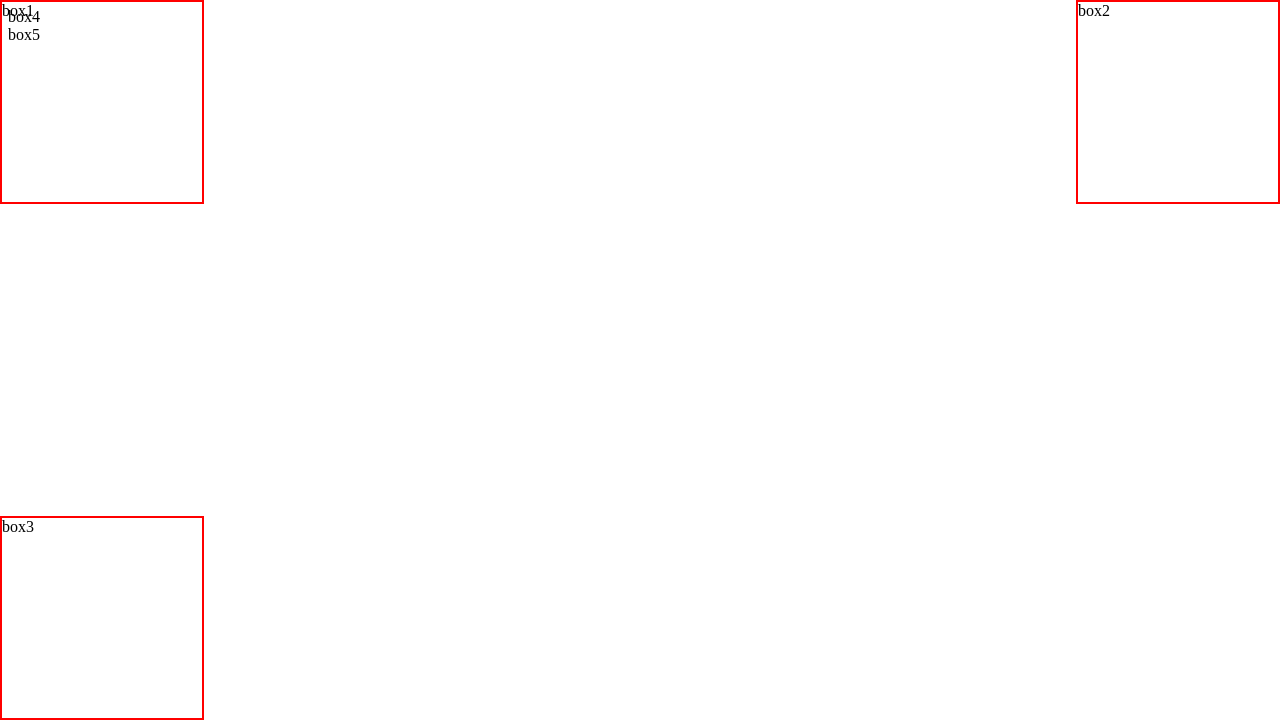
Repository: ABDUSALIMSUBAHIELBASHI/full-html-css-js
Page: Desktop/coding/css/index.html
The author's editor kept a copy of each file at every save. The page is drawn from the files as they stood at one save, then again after the next save.
The browser window is 1280 px wide. The pictures show the whole page.

Above is the page before, as saved 2025-09-16 08:52:54.

### Desktop/coding/css/index.html
<!DOCTYPE html>
<html lang="en">
<head>
    <style>
        .box1{
           width: 200px;
           height:200px ;
           border: 2px solid red;
           position: absolute;
           top: 0px;
           left: 0px;
        }
           .box2{
           width: 200px;
           height:200px ;
           border: 2px solid red;
           position: absolute;
           top: 0px;
           right: 0px;
        }
             .box3{
           width: 200px;
           height:200px ;
           border: 2px solid red;
           position: absolute;
           left: 0px;
           bottom: 0px;
        }
    </style>
    <meta charset="UTF-8">
    <meta name="viewport" content="width=device-width, initial-scale=1.0">
    <title>Document</title>
</head>
<body>
    <div class="container">

        <div class="box1">box1</div>
        <div class="box2">box2</div>
        <div class="box3">box3</div>
        <div class="box4">box4</div>
        <div class="box5">box5</div>
    </div>
</body>
</html>

After the next save:
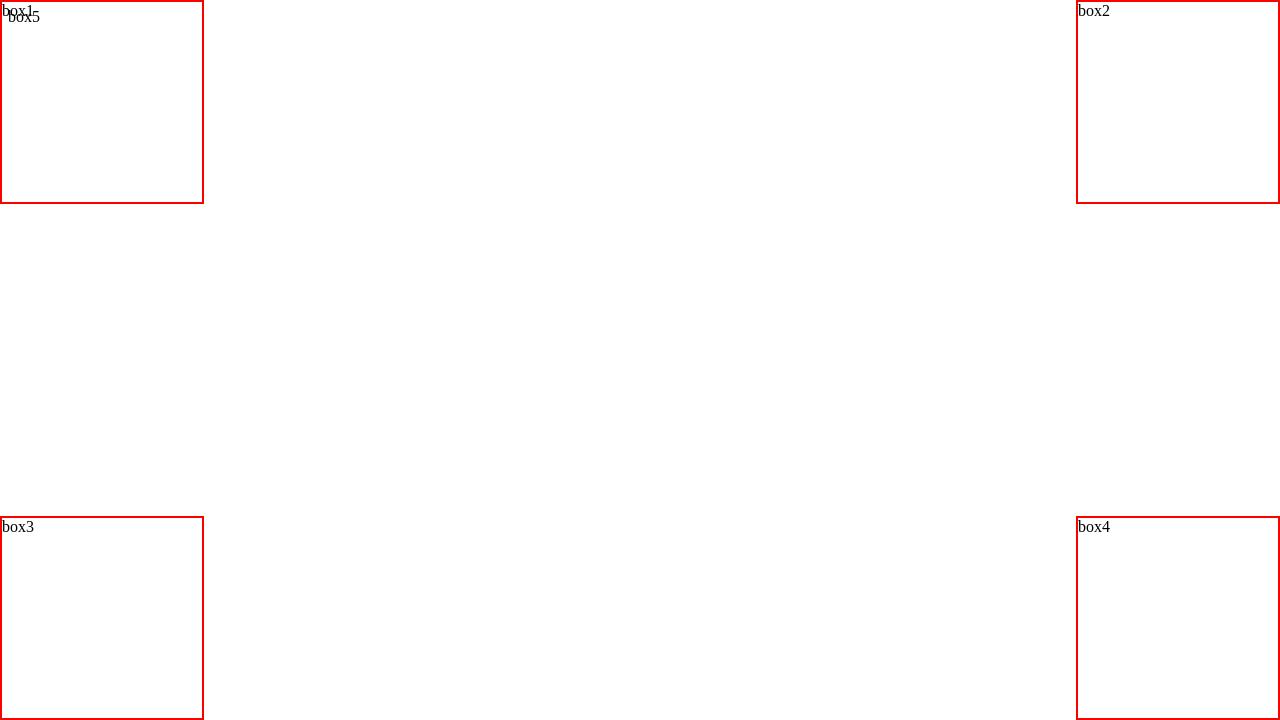
Saved 25 s later.
--- a/Desktop/coding/css/index.html
+++ b/Desktop/coding/css/index.html
@@ -26,6 +26,14 @@
            left: 0px;
            bottom: 0px;
         }
+             .box4{
+           width: 200px;
+           height:200px ;
+           border: 2px solid red;
+           position: absolute;
+           right: 0px;
+           bottom: 0px;
+        }
     </style>
     <meta charset="UTF-8">
     <meta name="viewport" content="width=device-width, initial-scale=1.0">
